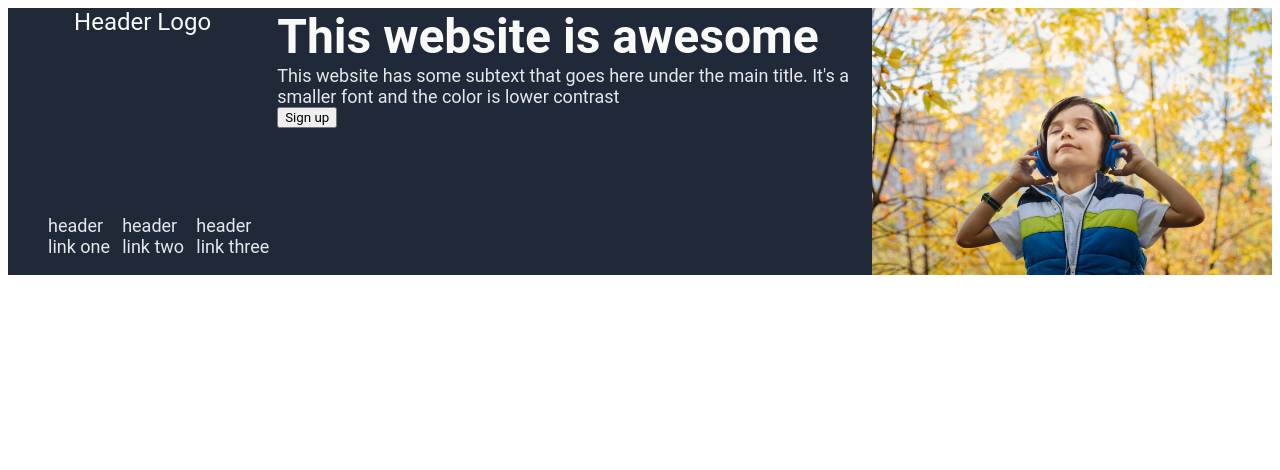
Repository: z1youRA/FirstWebsite
Page: index.html
These files come from the project's save history. The page is drawn as it stood at one moment and after the next save; the edit follows.
The browser window is 1280 px wide. The pictures show the whole page.

Above is the page before, as saved 2021-11-25 17:07:21.

### index.html
<!DOCTYPE html>
<html lang="en">
<head>
    <meta charset="UTF-8">
    <meta http-equiv="X-UA-Compatible" content="IE=edge">
    <meta name="viewport" content="width=device-width, initial-scale=1.0">
    <title>The Odin Project</title>
    <link rel="stylesheet" href="styles.css">
</head>
<body>
    <div class="hero">
        <div class="header">
            <div class="logo">Header Logo</div>
                <ul class="right-links">
                    <li><a href="google.com">header link one</a></li>
                    <li><a href="google.com">header link two</a></li>
                    <li><a href="google.com">header link three</a></li>
                </ul>
        </div>
        <div class="text">
            <div class="main">This website is awesome</div>
            <div class="secondary">This website has some subtext that goes here under the main title. It's a smaller font and the color is lower contrast</div>
            <button>Sign up</button>
        </div>
        <img src="images/hero.jpg">
    </div>

</body>
</html>

### styles.css
* {
    font-family:roboto, 'Gill Sans', 'Gill Sans MT', Calibri, 'Trebuchet MS', sans-serif;
}

.hero {
    background-color: #1f2937;
    display: flex;
}

.hero img {
    max-width: 400px;
}

.header {
    display: flex;
    flex-direction: column;
    align-items: center;
    justify-content: space-between;
}

.right-links {
    display: flex;
    flex-direction: row;
}

.header .logo {
    font-size: 24px;
    color: #F9FAF8;
}

.header .right-links {
    font-size: 18px;
    color: #e5e7eb;
}

.hero .main {
    font-size: 48px;
    font-weight:bolder;
    color: #F9FAF8;
}

.hero .secondary {
    font-size: 18px;
    color: #e5e7eb;
}

ul {
    list-style-type: none;
}

.header a {
    text-decoration: none;
    color: #e5e7eb;
}

After the next save:
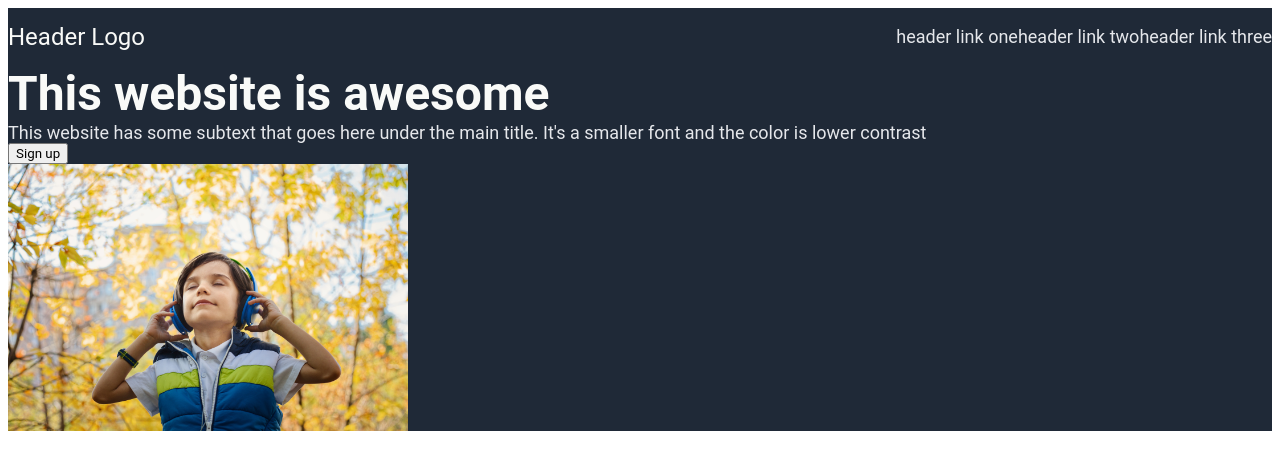
Saved 15 s later.
--- a/styles.css
+++ b/styles.css
@@ -5,6 +5,7 @@
 .hero {
     background-color: #1f2937;
     display: flex;
+    flex-direction: column;
 }
 
 .hero img {
@@ -13,7 +14,6 @@
 
 .header {
     display: flex;
-    flex-direction: column;
     align-items: center;
     justify-content: space-between;
 }
